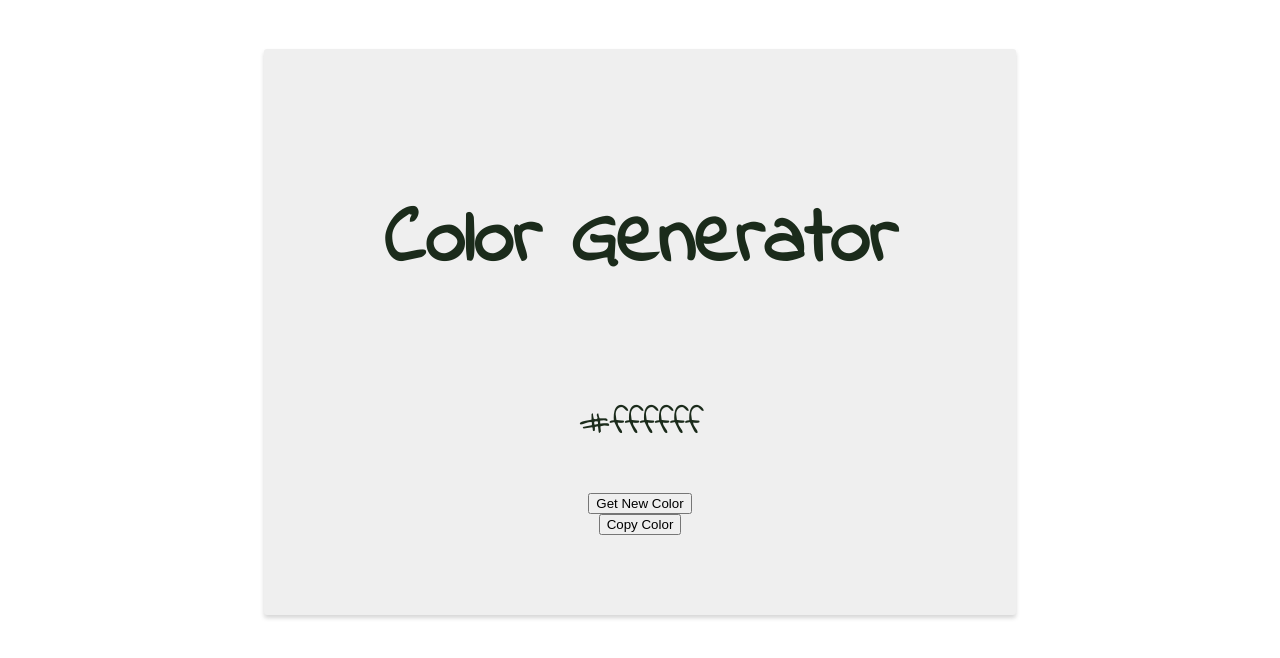
Repository: codimis/JSB-01-Color-Changer
Page: index.html
An editor plug-in stored every save of this project. The page is shown before and after the next save, followed by the edit.
The browser window is 1280 px wide. The pictures show the whole page.

Above is the page before, as saved 2021-09-17 01:45:16.

After the next save:
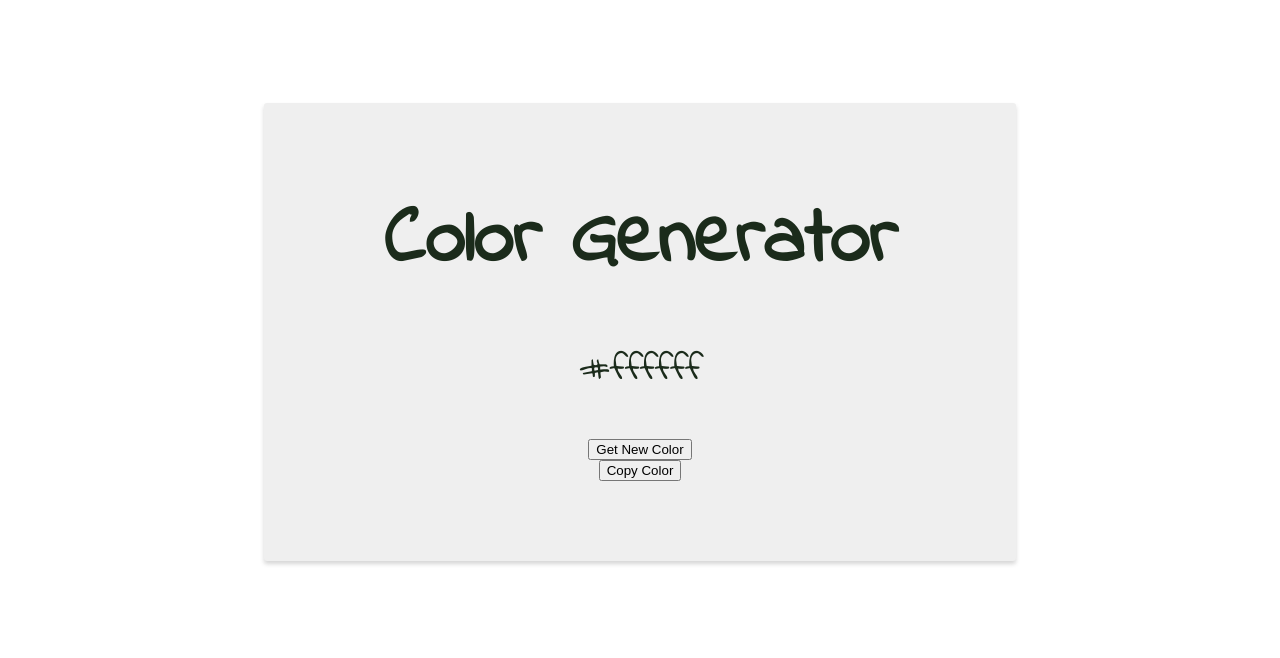
Saved 38 s later.
--- a/style.css
+++ b/style.css
@@ -44,3 +44,8 @@ body {
     position: absolute;
     transform: translateX(-50%);
 }
+
+h1 {
+    margin: 0;
+
+}
